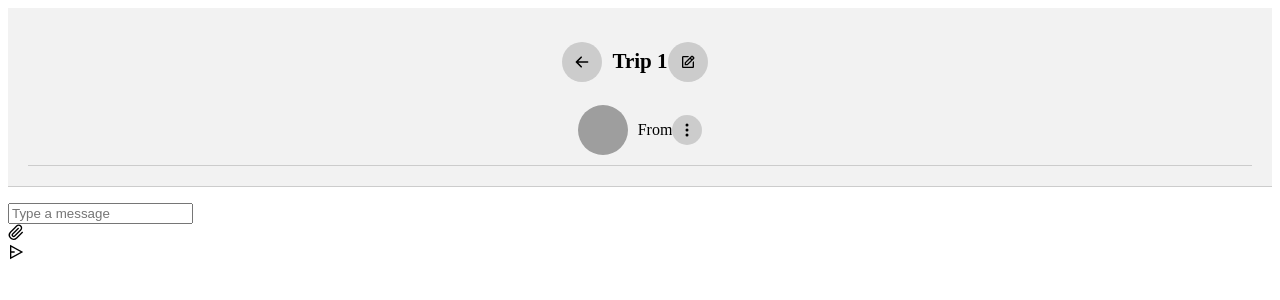
Repository: Abhi2359/PWA_Corider
Page: /
An editor plug-in stored every save of this project. The page is shown before and after the next save, followed by the edit.
The browser window is 1280 px wide. The pictures show the whole page.
Pictures or frames that could not be fetched are drawn as grey boxes. The page's requests for data from a server got no answer. The project was rebuilt for these pictures with package versions that can differ from the ones it lists, and the page was loaded fresh each time. No one was signed in, and anything a server would have sent is missing. Also part of the build but not shown: vite.config.js, src/chatInput/Chat.css, src/chatInput/Chat.jsx, src/chatInput/ChatInput.css.

Above is the page before, as saved 2023-05-14 10:30:15.

After the next save:
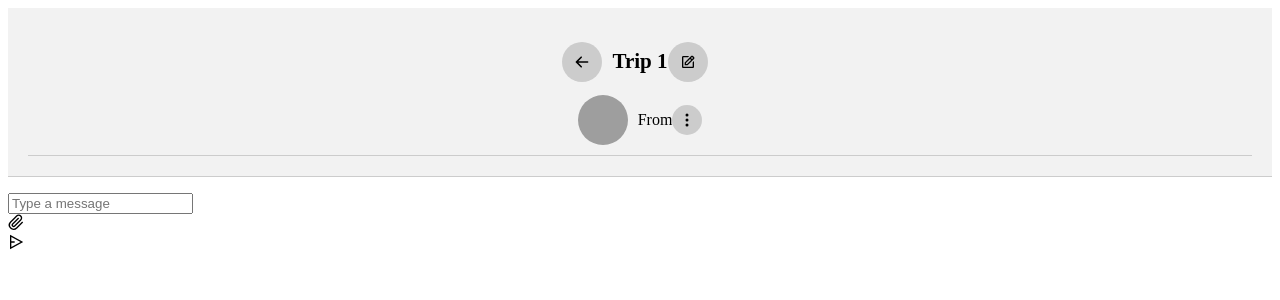
Saved 5 s later.
--- a/src/Header/Header.css
+++ b/src/Header/Header.css
@@ -10,7 +10,7 @@
   .trip {
     display: flex;
     align-items: center;
-    margin-bottom: 10px;
+    margin-bottom: 10px
     justify-content: start;
   }
 

After the save that followed:
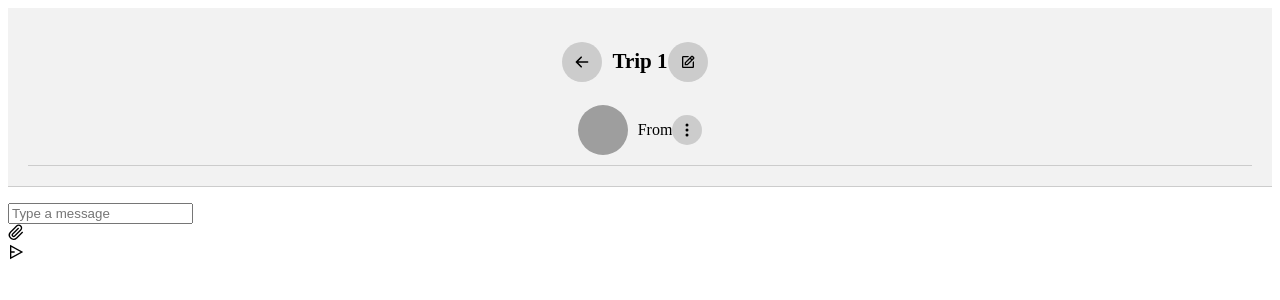
Saved 5 s later.
--- a/src/Header/Header.css
+++ b/src/Header/Header.css
@@ -10,8 +10,8 @@
   .trip {
     display: flex;
     align-items: center;
-    margin-bottom: 10px
-    justify-content: start;
+    margin-bottom: 10px;
+
   }
 
   .icon, .edit_icon {
